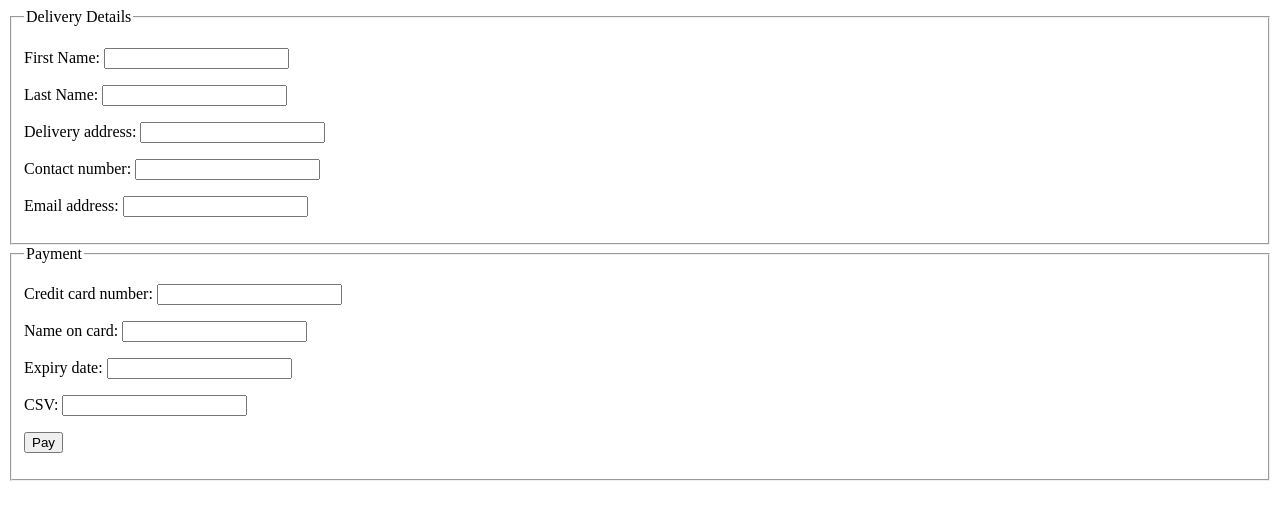
Repository: TonyHoukun-2022/sportswarehouse-php
Page: http://localhost/templates/checkoutForm.php
These files come from the project's save history. The page is drawn as it stood at one moment and after the next save; the edit follows.
The browser window is 1280 px wide. The pictures show the whole page.
The page is run by PHP 8.4 with error messages shown; the project is at /var/www/html/.

Above is the page before, as saved 2021-11-07 04:46:30.

### templates/checkoutForm.php
<form method="POST" action="thanksOrder.php"id="checkout">
  <fieldset>
    <legend>Delivery Details</legend>
    <p>
      <label for="firstName">First Name: </label>
      <input type="text" id="firstName" name="firstName">
    </p>

    <p>
      <label for="lastName">Last Name: </label>
      <input type="text" id="lastName" name="lastName">
    </p>

    <p>
      <label for="address">Delivery address: </label>
      <input type="text" id="address" name="address">
    </p>

    <p>
      <label for="phone">Contact number: </label>
      <input type="text" id="phone" name  ="phone">
    </p>

    <p>
      <label for="email">Email address: </label>
      <input type="text" id="email" name  ="email">
    </p>
  </fieldset>

  <fieldset>
    <legend>Payment</legend>
    <p>
      <label for="creditcard">Credit card number: </label>
      <input type="text" id="creditcard" name  ="creditcard">
    </p>

    <p>
      <label for="nameOnCard">Name on card:</label>
      <input type="text" id="nameOnCard" name  ="nameOnCard">
    </p>

    <p>
      <label for="expiry">Expiry date: </label>
      <input type="text" id="expiry" name="expiry">
    </p>

    <p>
      <label for="csv">CSV: </label>
      <input type="text" id="csv" name="csv">
    </p>

    <p>
      <input type="submit"  name="pay" value="Pay">
    </p>
  </fieldset>
</form>

After the next save:
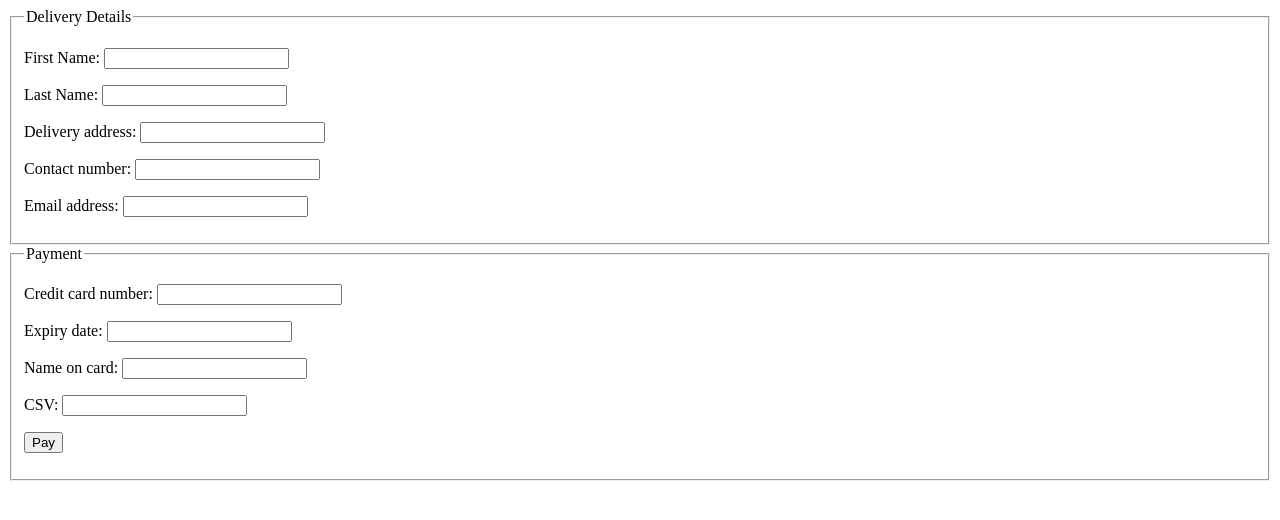
Saved 46 s later.
--- a/templates/checkoutForm.php
+++ b/templates/checkoutForm.php
@@ -35,13 +35,13 @@
     </p>
 
     <p>
-      <label for="nameOnCard">Name on card:</label>
-      <input type="text" id="nameOnCard" name  ="nameOnCard">
+      <label for="expiry">Expiry date: </label>
+      <input type="text" id="expiry" name="expiry">
     </p>
 
     <p>
-      <label for="expiry">Expiry date: </label>
-      <input type="text" id="expiry" name="expiry">
+      <label for="nameOnCard">Name on card:</label>
+      <input type="text" id="nameOnCard" name  ="nameOnCard">
     </p>
 
     <p>
